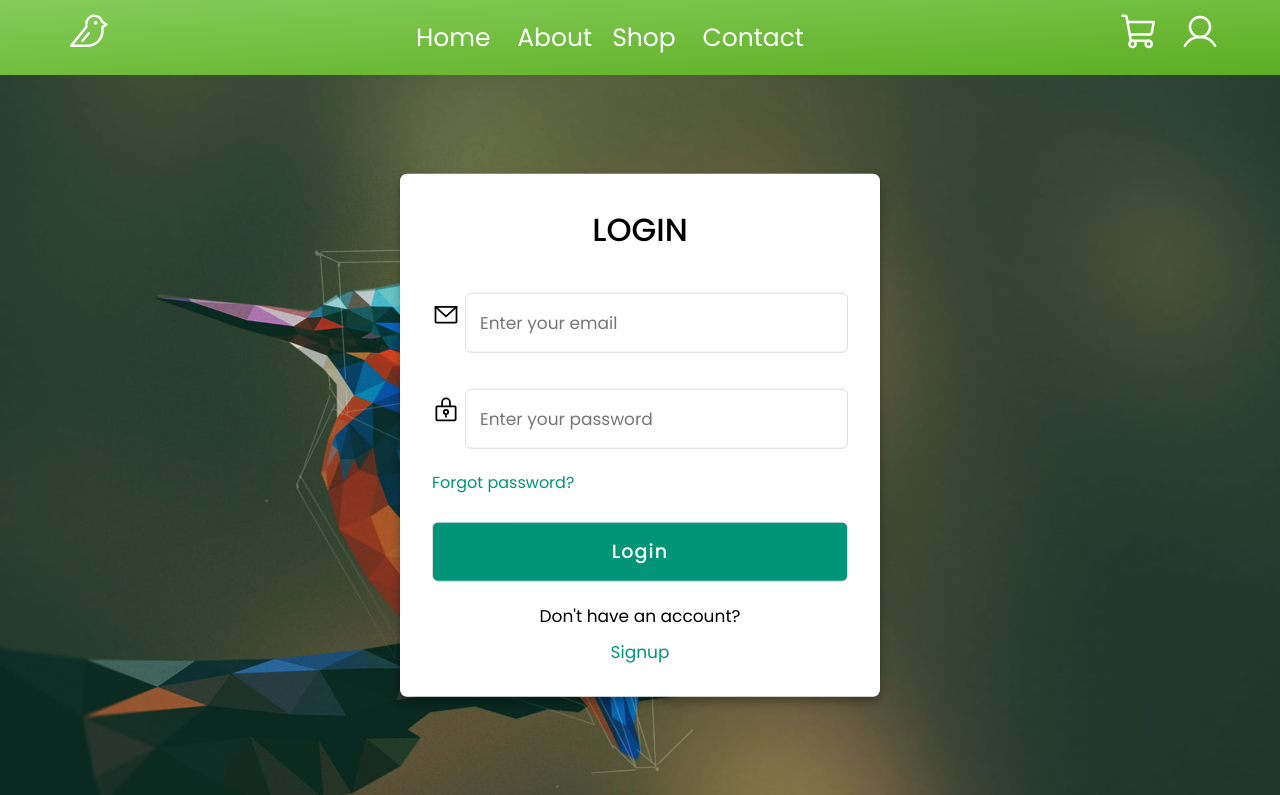
Repository: Vuhainam64/SWP391
Page: /register (app in React/swp391-app/)
The author's editor kept a copy of each file at every save. The page is drawn from the files as they stood at one save, then again after the next save.
The browser window is 1280 px wide. The pictures show the whole page.
The project was rebuilt for these pictures with package versions that can differ from the ones it lists, and the page was loaded fresh each time. Also part of the build but not shown: React/swp391-app/src/pages/home/home.css, React/swp391-app/src/pages/home/home-product.jsx, React/swp391-app/src/pages/home/home.jsx, React/swp391-app/src/pages/about/about.jsx, React/swp391-app/src/pages/shop/product.jsx, React/swp391-app/src/pages/shop/shop.css, React/swp391-app/src/pages/shop/shop.jsx, React/swp391-app/src/pages/contact/contact.jsx and 3 more.

Above is the page before, as saved 2023-06-03 19:45:06.

After the next save:
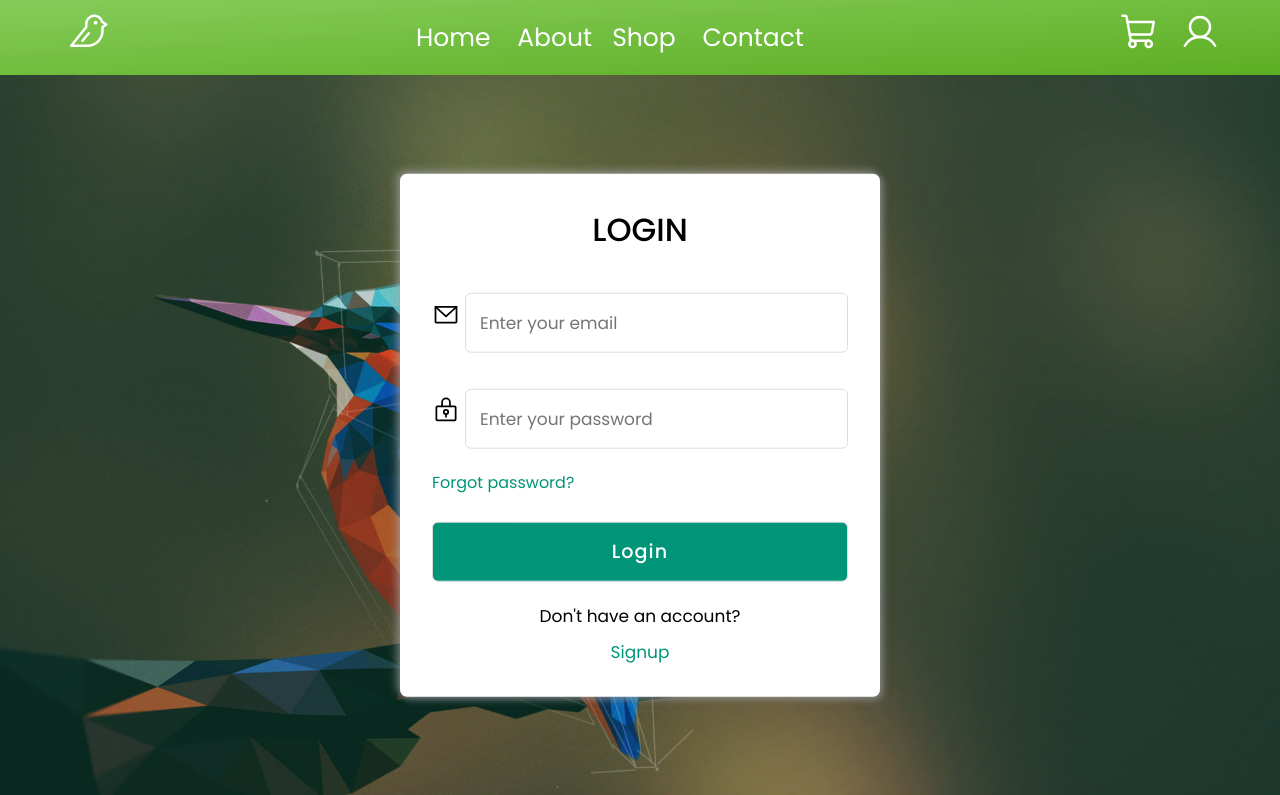
Saved 71 s later.
--- a/React/swp391-app/src/pages/register/register.css
+++ b/React/swp391-app/src/pages/register/register.css
@@ -26,7 +26,8 @@
   width: 100%;
   background: #fff;
   border-radius: 7px;
-  box-shadow: 0 5px 10px rgba(0,0,0,0.3);
+  box-shadow: -3px -3px 9px #aaa9a9a2,
+              3px 3px 7px rgba(147, 149, 151, 0.671);
 }
 
 .container .registration{
